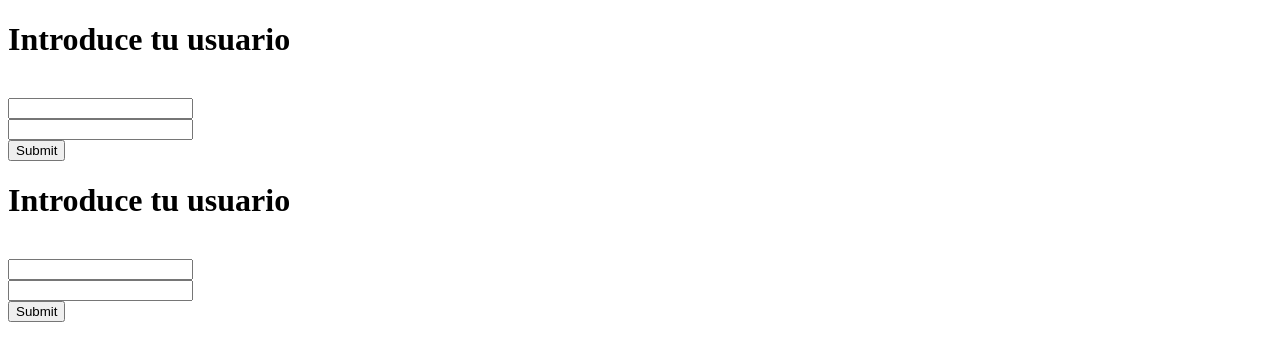
Repository: rodrigoconcham/Calendario
Page: http://localhost/WebCalendario/login.jsp
An editor plug-in stored every save of this project. The page is shown before and after the next save, followed by the edit.
The browser window is 1280 px wide. The pictures show the whole page.
The page is served by Tomcat 9.

Above is the page before, as saved 2014-11-10 18:27:27.

### WebCalendario/WebContent/login.jsp
<%@ page language="java" contentType="text/html; charset=ISO-8859-1"
    pageEncoding="ISO-8859-1"%>
<!DOCTYPE html PUBLIC "-//W3C//DTD HTML 4.01 Transitional//EN" "http://www.w3.org/TR/html4/loose.dtd">
<html>
<head>
<meta http-equiv="Content-Type" content="text/html; charset=ISO-8859-1">
<title>Insert title here</title>
</head>
<body>
<h1> Introduce tu usuario</h1>
<form method="post" action ="acciones/hazlogin.jsp"><br>
    <input type ="text" name ="usuario"><br>
    <input type ="text" name ="password"><br>
    <input type ="submit">

</form>


<h1> Introduce tu usuario</h1>
<form method="post" action ="acciones/nuevologin.jsp"><br>
    <input type ="text" name ="usuario"><br>
    <input type ="text" name ="password"><br>
    <input type ="submit">

</form>




</body>
</html>

After the next save:
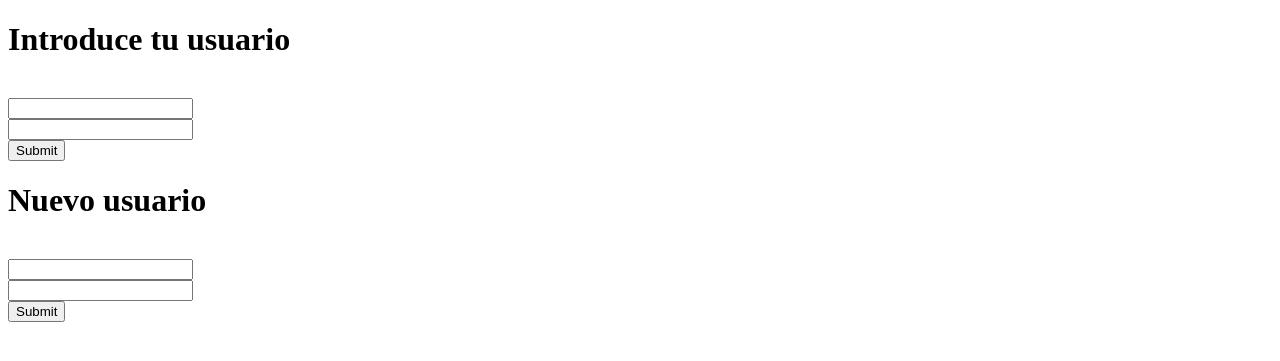
Saved 19 s later.
--- a/WebCalendario/WebContent/login.jsp
+++ b/WebCalendario/WebContent/login.jsp
@@ -16,7 +16,7 @@
 </form>
 
 
-<h1> Introduce tu usuario</h1>
+<h1> Nuevo usuario</h1>
 <form method="post" action ="acciones/nuevologin.jsp"><br>
     <input type ="text" name ="usuario"><br>
     <input type ="text" name ="password"><br>
